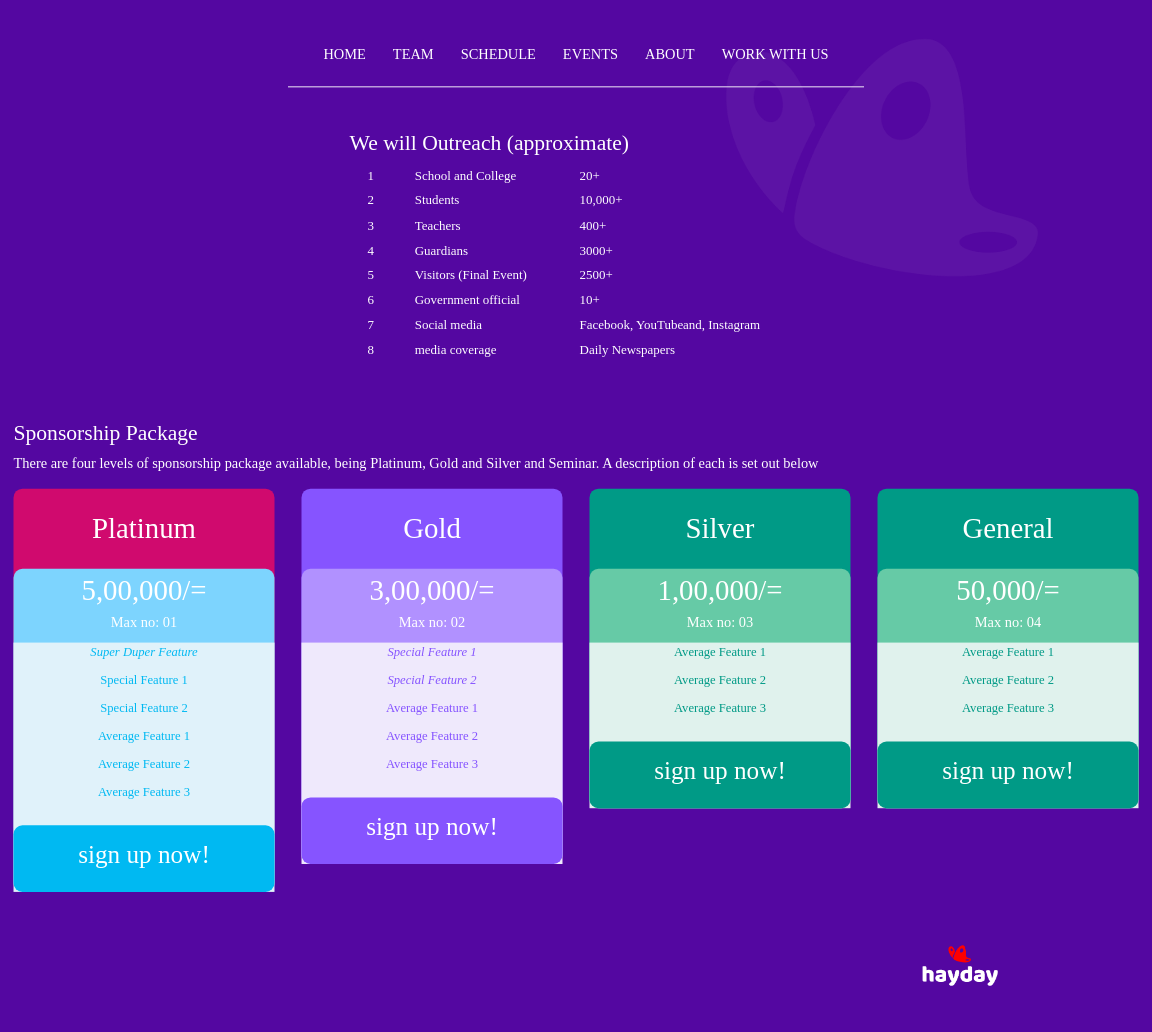
Repository: im1971/company-web
Page: workWithUs.html
An editor plug-in stored every save of this project. The page is shown before and after the next save, followed by the edit.
The browser window is 1280 px wide. The pictures show the whole page, at 90% of full size.
Some web fonts or font styles are not loaded; a fallback is used.

Above is the page before, as saved 2020-01-26 12:35:07.

### workWithUs.html
<!DOCTYPE html>
<html>

<head>
    <title>hayday</title>
    <link rel="shortcut icon" type="img/x-icon" href="img/fav.png" />
    <link rel="stylesheet" href="css/mdb.min.css">
    <link rel="stylesheet" href="css/bootstrap.min.css">
    <link rel="stylesheet" href="css/fontawesome.min.css">
    <link rel="stylesheet" href="css/all.min.css">
    <link rel="stylesheet" href="css/style.css">
    <!-- fonts -->
    <link href="https://fonts.googleapis.com/css?family=Baloo+Bhai&display=swap" rel="stylesheet">
    <!-- fonts -->

</head>

<body>

    <div class="wrap_hayday">
        <div class="back_img"></div>
        <div class="container-fluid">
            <div class="row justify-content-center pb-5">
                <div class="col-md-12">
                    <nav class="navbar navbar-expand-lg">
                        <button class="navbar-toggler" type="button" data-toggle="collapse" data-target="#navbarSupportedContent" aria-controls="navbarSupportedContent" aria-expanded="false" aria-label="Toggle navigation">
                          <span class="navbar-toggler-icon"></span>
                        </button>

                        <div class="collapse navbar-collapse" id="navbarSupportedContent">

                            <ul class="navbar-nav m-auto text-uppercase">
                                <li class="nav-item active">
                                    <a class="nav-link" href="index.html">Home</a>
                                </li>
                                <li class="nav-item">
                                    <a class="nav-link" href="#">Team</a>
                                </li>
                                <li class="nav-item">
                                    <a class="nav-link" href="#">SCHEDULE</a>
                                </li>
                                <li class="nav-item">
                                    <a class="nav-link" href="#">Events</a>
                                </li>
                                <li class="nav-item">
                                    <a class="nav-link" href="about.html">About</a>
                                </li>
                                <li class="nav-item">
                                    <a class="nav-link" href="workWithUs.html">Work With us</a>
                                </li>
                            </ul>
                        </div>
                    </nav>
                </div>
                <div class="col-md-6 border_deco pt-3"></div>
            </div>
            <!-- <div class="container"> -->
            <div class="row justify-content-center">
                <div class="col-md-5 outreach">
                    <h4>We will Outreach (approximate)</h4>
                    <div class="table-responsive table-sm">
                        <table class="table">
                            <tbody>
                                <tr>
                                    <td>1</td>
                                    <td>School and College</td>
                                    <td>20+</td>
                                </tr>
                                <tr>
                                    <td>2</td>
                                    <td>Students</td>
                                    <td>10,000+</td>
                                </tr>
                                <tr>
                                    <td>3</td>
                                    <td>Teachers</td>
                                    <td>400+</td>
                                </tr>
                                <tr>
                                    <td>4</td>
                                    <td>Guardians</td>
                                    <td>3000+</td>
                                </tr>
                                <tr>
                                    <td>5</td>
                                    <td>Visitors (Final Event)</td>
                                    <td>2500+</td>
                                </tr>
                                <tr>
                                    <td>6</td>
                                    <td>Government official</td>
                                    <td>10+</td>
                                </tr>
                                <tr>
                                    <td>7</td>
                                    <td>Social media</td>
                                    <td>Facebook, YouTubeand, Instagram</td>
                                </tr>
                                <tr>
                                    <td>8</td>
                                    <td>media coverage</td>
                                    <td>Daily Newspapers</td>
                                </tr>
                            </tbody>
                        </table>
                    </div>
                </div>
            </div>
            <div class="row justify-content-center sponsor_table mt-5">
                <div class="col-md-12">
                    <h4>Sponsorship Package</h4>
                    <p>
                        There are four levels of sponsorship package available, being Platinum, Gold and Silver and Seminar. A description of each is set out below
                    </p>
                </div>
                <div class="col-md-3">
                    <div class="superduper">
                        <div class="price-package">
                            <div class="package-name">
                                <h2>Platinum</h2>
                            </div>
                            <div class="package-price">
                                <div class="package-arrow"></div>
                                <div class="price">
                                    <span>5,00,000/=</span>
                                </div>
                                <div class="term">
                                    <span>Max no: 01</span>
                                </div>
                                <div class="package-features">
                                    <div class="package-arrow"></div>
                                    <ul>
                                        <li><em>Super Duper Feature</em></li>
                                        <li>Special Feature 1</li>
                                        <li>Special Feature 2</li>
                                        <li>Average Feature 1</li>
                                        <li>Average Feature 2</li>
                                        <li>Average Feature 3</li>
                                    </ul>
                                    <button class="sign-up">
                                <h3>sign up now!</h3>
                              </button>
                                </div>
                            </div>
                        </div>
                    </div>
                </div>
                <div class="col-md-3">
                    <div class="special">
                        <div class="price-package">
                            <div class="package-name">
                                <h2>Gold</h2>
                            </div>
                            <div class="package-price">
                                <div class="package-arrow"></div>
                                <div class="price">
                                    <span>3,00,000/=</span>
                                </div>
                                <div class="term">
                                    <span>Max no: 02</span>
                                </div>
                                <div class="package-features">
                                    <div class="package-arrow"></div>
                                    <ul>
                                        <li><em>Special Feature 1</em></li>
                                        <li><em>Special Feature 2</em></li>
                                        <li>Average Feature 1</li>
                                        <li>Average Feature 2</li>
                                        <li>Average Feature 3</li>
                                    </ul>
                                    <button class="sign-up">
                                <h3>sign up now!</h3>
                              </button>
                                </div>
                            </div>
                        </div>
                    </div>
                </div>

                <div class="col-md-3">
                    <div class="average">
                        <div class="price-package">
                            <div class="package-name">
                                <h2>Silver</h2>
                            </div>
                            <div class="package-price">
                                <div class="package-arrow"></div>
                                <div class="price">
                                    <span>1,00,000/=</span>
                                </div>
                                <div class="term">
                                    <span>Max no: 03</span>
                                </div>
                                <div class="package-features">
                                    <div class="package-arrow"></div>
                                    <ul>
                                        <li>Average Feature 1</li>
                                        <li>Average Feature 2</li>
                                        <li>Average Feature 3</li>
                                    </ul>
                                    <button class="sign-up">
                                  <h3>sign up now!</h3>
                                </button>
                                </div>
                            </div>
                        </div>
                    </div>

                </div>
                <div class="col-md-3">
                    <div class="average">
                        <div class="price-package">
                            <div class="package-name">
                                <h2>General</h2>
                            </div>
                            <div class="package-price">
                                <div class="package-arrow"></div>
                                <div class="price">
                                    <span>50,000/=</span>
                                </div>
                                <div class="term">
                                    <span>Max no: 04</span>
                                </div>
                                <div class="package-features">
                                    <div class="package-arrow"></div>
                                    <ul>
                                        <li>Average Feature 1</li>
                                        <li>Average Feature 2</li>
                                        <li>Average Feature 3</li>
                                    </ul>
                                    <button class="sign-up">
                                  <h3>sign up now!</h3>
                                </button>
                                </div>
                            </div>
                        </div>
                    </div>

                </div>

            </div>
            <!-- </div> -->
            <div class="row justify-content-end my-5">
                <div class="col-md-4 m-autp">
                    <div class="middle_body">
                        <div class="logo">
                            <img src="img/logo.png" alt="" style="height: 50px">
                        </div>
                        <!-- <p>Read about our Inspiration</p> -->
                    </div>
                </div>
            </div>
        </div>
    </div>
    </div>



    <!-- <script src="https://code.jquery.com/jquery-3.4.1.slim.min.js" integrity="sha384-J6qa4849blE2+poT4WnyKhv5vZF5SrPo0iEjwBvKU7imGFAV0wwj1yYfoRSJoZ+n" crossorigin="anonymous"></script>
    <script src="https://cdn.jsdelivr.net/npm/popper.js@1.16.0/dist/umd/popper.min.js" integrity="sha384-Q6E9RHvbIyZFJoft+2mJbHaEWldlvI9IOYy5n3zV9zzTtmI3UksdQRVvoxMfooAo" crossorigin="anonymous"></script>
    <script src="https://stackpath.bootstrapcdn.com/bootstrap/4.4.1/js/bootstrap.min.js" integrity="sha384-wfSDF2E50Y2D1uUdj0O3uMBJnjuUD4Ih7YwaYd1iqfktj0Uod8GCExl3Og8ifwB6" crossorigin="anonymous"></script> -->

    <script type="text/javascript" src="js/jquery.min.js"></script>
    <!-- Bootstrap tooltips -->
    <script type="text/javascript" src="js/popper.min.js"></script>
    <!-- Bootstrap core JavaScript -->
    <script type="text/javascript" src="js/bootstrap.min.js"></script>
    <!-- MDB core JavaScript -->
    <script type="text/javascript" src="js/mdb.min.js"></script>


</body>

</html>

### css/style.css
body {
    padding: 0;
    margin: 0;
    background: #5407A1 !important;
    color: #fff !important;
    font-family: 'Baloo Bhai', cursive;
    position: relative;
}


/* global */

html {
    overflow: scroll;
    overflow-x: hidden;
}

::-webkit-scrollbar {
    width: 0px;
    /* Remove scrollbar space */
    background: transparent;
    /* Optional: just make scrollbar invisible */
}


/* Optional: show position indicator in red */

::-webkit-scrollbar-thumb {
    background: #FF0000;
}


/* global */

.back_img {
    background-image: url(../img/back.png);
    height: 350px;
    width: 600px;
    position: absolute;
    background-position: center center;
    background-size: cover;
    opacity: 5%;
    /* top: 30%; */
    right: 0;
}


/* header */

.wrap_hayday .navbar {
    box-shadow: none;
}

.wrap_hayday .container-fluid {
    min-height: 100vh;
}

.wrap_hayday nav .nav-link {
    padding-right: 15px !important;
    padding-left: 15px !important;
    color: #fff;
    font-family: 'Baloo Bhai', cursive;
}

.wrap_hayday .border_deco {
    border-bottom: .25px solid #fff;
}

.wrap_hayday nav .nav-link:hover {
    color: #FF0000;
    transition-duration: 0.5s;
}

.wrap_hayday .navbar {
    padding: 40px;
    padding-bottom: 0;
}


/* header */


/* middle body */

.wrap_hayday .middle_body {
    text-align: center;
}

.wrap_hayday .middle_body .logo img {
    /* background-image: url(logo.png); */
    height: 100px;
}

.wrap_hayday .others_page_middle {
    text-align: center;
    position: absolute;
    right: 30px;
    bottom: 0;
}

.wrap_hayday .others_page_middle img {
    height: 70px;
}


/* middle body */


/* footer-body */

.myprogress {
    min-width: 100%;
    margin: 0px auto;
    text-align: center;
}

.myprogress .circle {
    display: inline-block;
    background: #fff;
    width: 50px;
    height: 50px;
    border-radius: 80px;
    border: 1px solid #d5d5da;
    cursor: pointer;
}

.myprogress .circle:hover {
    background: #FF0000;
    color: #5407A1;
    transition-duration: 0.5s;
}

.myprogress .bar {
    position: relative;
    width: 100px;
    padding-right: 15px;
    font-family: none;
    /* height: 2px; */
    /* top: 10px; */
    /* border: 0px solid #fff; */
}

.myprogress .circle .label {
    display: inline-block;
    width: 40px;
    height: 40px;
    line-height: 30px;
    border-radius: 40px;
    font-size: 24px;
}

.myprogress .circle .title {
    color: #5407A1;
    font-size: 24px;
    line-height: 50px;
    cursor: pointer;
}

.myprogress .circle .title:hover {
    color: #fff;
}

.myprogress i {
    font-size: 11px;
}

.myprogress .abc {
    animation: pulse 1s infinite;
    color: #FF0000;
}

.myprogress .pulse {
    -webkit-animation-duration: 3s;
    -webkit-animation-delay: 2s;
    -webkit-animation-iteration-count: 5;
}


/* footer-body */


/* about hayday */

.accordion .card-header {
    padding: 0;
    background: #5407A1;
    margin-bottom: 0;
}

.accordion .card-header .btn-link {
    color: #fff;
    padding: 0;
}

.accordion .card {
    border: none;
    border-radius: 0;
}

.accordion i {
    position: absolute;
    right: 10px;
    top: 5px;
}

.accordion p {
    color: #000;
    font-family: serif;
    font-size: 15px;
}

.accordion h4 {
    color: #000;
    font-family: serif;
    font-weight: 700 !important;
    font-size: 22px;
}


/* about hayday */


/* work with us */

.outreach table.table th,
table.table td {
    padding: 3px 20px;
    color: #fff;
    border: none;
    font-family: auto;
}


/* work with us */


/* pricing table */

.sponsor_table {
    font-family: auto;
}

.price-package {
    padding-top: 25px;
    margin-bottom: 10px;
    text-align: center;
    -moz-border-radius-topleft: 10px;
    -moz-border-radius-topright: 10px;
    -webkit-border-top-left-radius: 10px;
    -webkit-border-top-right-radius: 10px;
    -moz-border-radius-bottomleft: 10px;
    -moz-border-radius-bottomright: 10px;
    -webkit-border-bottom-left-radius: 10px;
    -webkit-border-bottom-right-radius: 10px;
}

.price-package .package-name {
    font-size: 1.4rem;
}

.price-package .package-price {
    -moz-border-radius-topleft: 10px;
    -moz-border-radius-topright: 10px;
    -webkit-border-top-left-radius: 10px;
    -webkit-border-top-right-radius: 10px;
    -moz-border-radius-bottomleft: 10px;
    -moz-border-radius-bottomright: 10px;
    -webkit-border-bottom-left-radius: 10px;
    -webkit-border-bottom-right-radius: 10px;
    margin-top: 25px;
}

.price-package .package-price .price sup {
    font-size: 1.6rem;
    position: absolute;
    top: 6px;
    left: -12px;
}

.price-package .package-price .price span {
    font-size: 2rem;
}

.price-package .package-features ul {
    font-size: 14px;
    margin: 0;
    padding: 0;
    list-style: none;
}

.price-package .package-features ul li {
    margin: 10px auto;
    padding: 0;
}

.price-package .sign-up {
    -moz-border-radius-topleft: 10px;
    -moz-border-radius-topright: 10px;
    -webkit-border-top-left-radius: 10px;
    -webkit-border-top-right-radius: 10px;
    -moz-border-radius-bottomleft: 10px;
    -moz-border-radius-bottomright: 10px;
    -webkit-border-bottom-left-radius: 10px;
    -webkit-border-bottom-right-radius: 10px;
    padding: 16.66666667px 0;
    margin-top: 16.66666667px;
    width: 100%;
    outline: none;
    border: none;
    cursor: pointer;
}

.average .price-package {
    background-color: #009a86;
}

.average .price-package .package-name {
    color: white;
}

.average .price-package .package-price {
    background-color: #66CAA6;
    color: white;
}

.average .price-package .package-features {
    background-color: #e0f2ed;
    color: #009a86;
}

.average .price-package .sign-up {
    background-color: #009a86;
    color: white;
    transition: background-color 0.5s ease;
}

.average .price-package .sign-up:hover {
    background-color: #66CAA6;
}

.average .price-package .sign-up:active {
    background-color: #e0f2ed;
}

.average .price-package .package-price .package-arrow {
    border-top-color: #009a86;
}

.average .price-package .package-features .package-arrow {
    border-top-color: #66CAA6;
}

.average .price-package .sign-up .package-arrow {
    border-top-color: #e0f2ed;
}

.special .price-package {
    background-color: #8654ff;
}

.special .price-package .package-name {
    color: white;
}

.special .price-package .package-price {
    background-color: #b191ff;
    color: white;
}

.special .price-package .package-features {
    background-color: #efe9fc;
    color: #8654ff;
}

.special .price-package .sign-up {
    background-color: #8654ff;
    color: white;
    transition: background-color 0.5s ease;
}

.special .price-package .sign-up:hover {
    background-color: #b191ff;
}

.special .price-package .sign-up:active {
    background-color: #efe9fc;
}

.special .price-package .package-price .package-arrow {
    border-top-color: #8654ff;
}

.special .price-package .package-features .package-arrow {
    border-top-color: #b191ff;
}

.special .price-package .sign-up .package-arrow {
    border-top-color: #efe9fc;
}

.superduper .price-package {
    background-color: #d00a6e;
}

.superduper .price-package .package-name {
    color: white;
}

.superduper .price-package .package-price {
    background-color: #7dd4fe;
    color: white;
}

.superduper .price-package .package-features {
    background-color: #e0f2fa;
    color: #00b9f2;
}

.superduper .price-package .sign-up {
    background-color: #00b9f2;
    color: white;
    transition: background-color 0.5s ease;
}

.superduper .price-package .sign-up:hover {
    background-color: #7dd4fe;
}

.superduper .price-package .sign-up:active {
    background-color: #e0f2fa;
}

.superduper .price-package .package-price .package-arrow {
    border-top-color: #00b9f2;
}

.superduper .price-package .package-features .package-arrow {
    border-top-color: #7dd4fe;
}

.superduper .price-package .sign-up .package-arrow {
    border-top-color: #e0f2fa;
}


/* pricing table */

Loaded but not shown: css/mdb.min.css (library); css/bootstrap.min.css (library); css/fontawesome.min.css (library); css/all.min.css (library); js/jquery.min.js (library); js/popper.min.js (library); js/bootstrap.min.js (library); js/mdb.min.js (library)

After the next save:
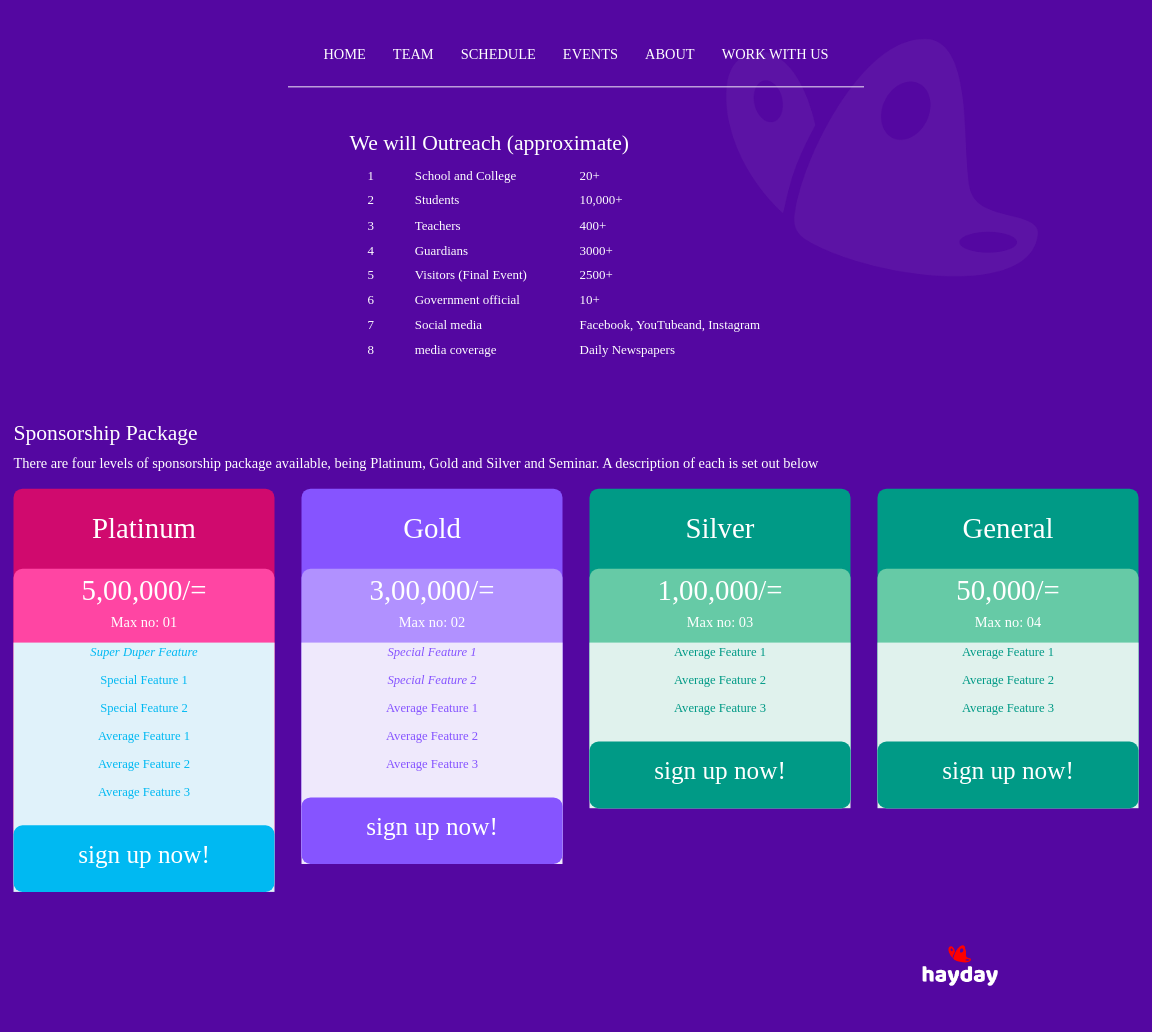
Saved 100 s later.
--- a/css/style.css
+++ b/css/style.css
@@ -407,7 +407,7 @@ table.table td {
 }
 
 .superduper .price-package .package-price {
-    background-color: #7dd4fe;
+    background-color: #ff45a3;
     color: white;
 }
 
@@ -431,7 +431,7 @@ table.table td {
 }
 
 .superduper .price-package .package-price .package-arrow {
-    border-top-color: #00b9f2;
+    border-top-color: #ff45a3;
 }
 
 .superduper .price-package .package-features .package-arrow {
